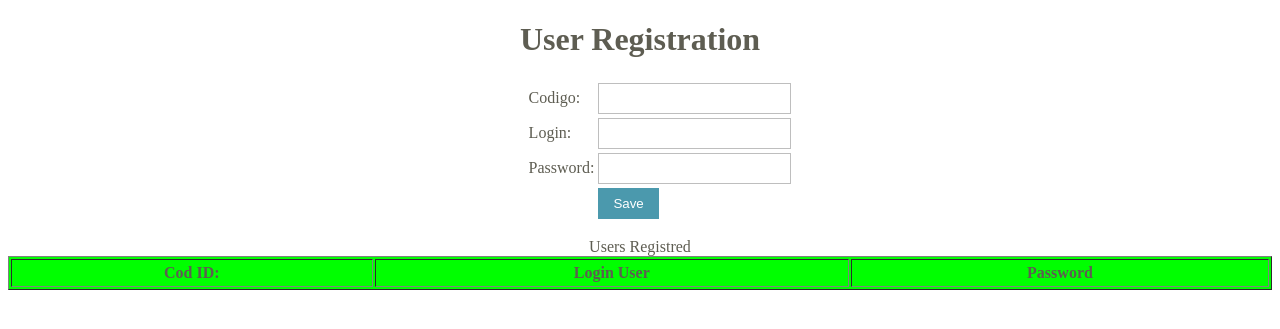
Repository: ViniciusBeletella/project-jsp
Page: http://localhost/project-jsp/userRegistration.jsp
An editor plug-in stored every save of this project. The page is shown before and after the next save, followed by the edit.
The browser window is 1280 px wide. The pictures show the whole page.
The page is served by Tomcat 9.

Above is the page before, as saved 2019-12-20 23:45:24.

After the next save:
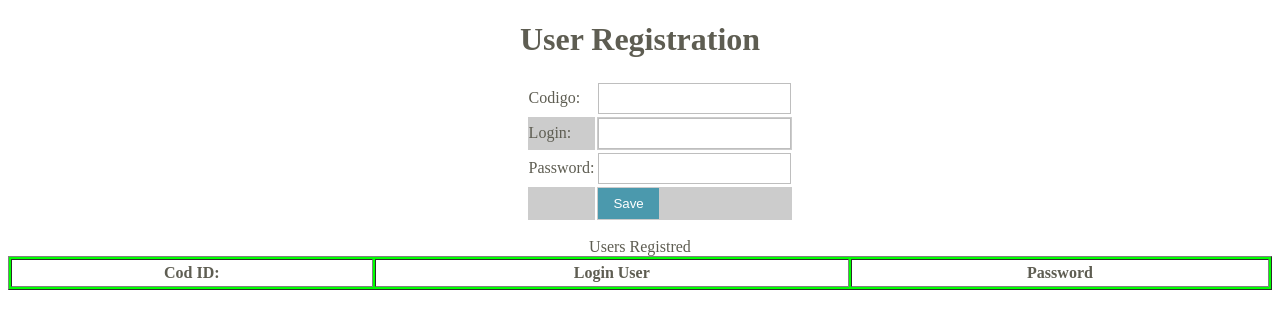
Saved 50 s later.
--- a/project-jsp/WebContent/resources/css/registration.css
+++ b/project-jsp/WebContent/resources/css/registration.css
@@ -117,7 +117,8 @@
   }
 }
 
-
+tr:nth-child(even) {background: #CCC}
+tr:nth-child(odd) {background: #FFF}
 
 
 
@@ -143,8 +144,7 @@
     background-color: rgb(238, 238, 238);
     color: rgb(111, 111, 111);
     padding: 20px 30px;
-    tr:nth-child(even) {background: #CCC}
-tr:nth-child(odd) {background: #FFF}
+
   }
 }
 }

After the save that followed:
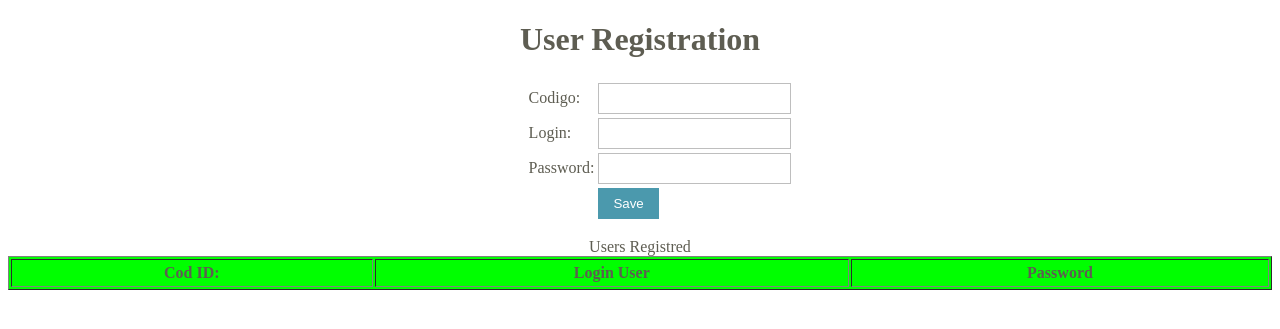
Saved 32 s later.
--- a/project-jsp/WebContent/resources/css/registration.css
+++ b/project-jsp/WebContent/resources/css/registration.css
@@ -117,8 +117,7 @@
   }
 }
 
-tr:nth-child(even) {background: #CCC}
-tr:nth-child(odd) {background: #FFF}
+
 
 
 
